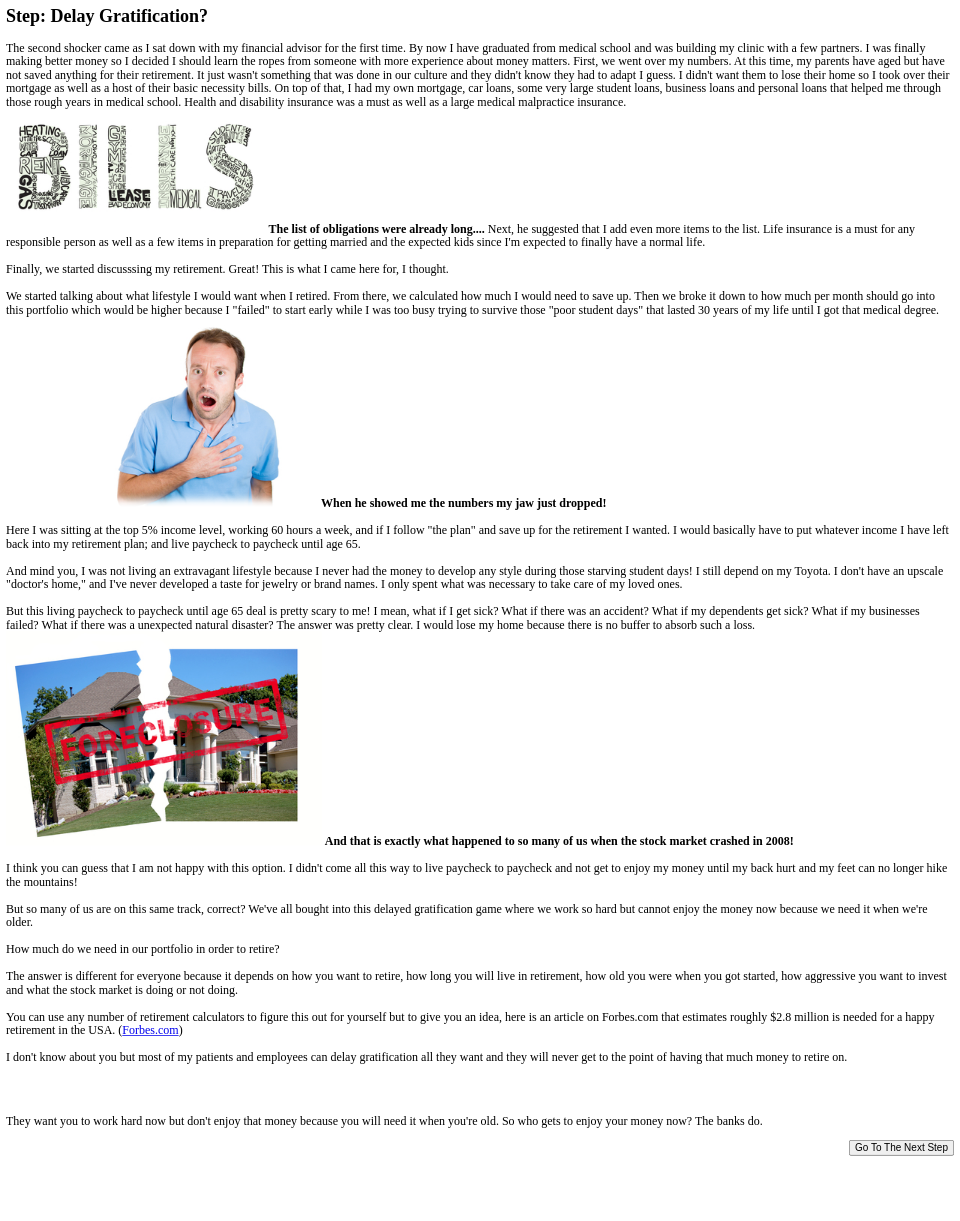
Repository: DevZubair/Danh-App
Page: www/templates/steps-delay.html
The author's editor kept a record of every edit. The page is drawn from the files as they stood at one moment, then again after the next edit.
The browser window is 1280 px wide. The pictures show the whole page, at 75% of full size.

Above is the page before.

After the next edit:
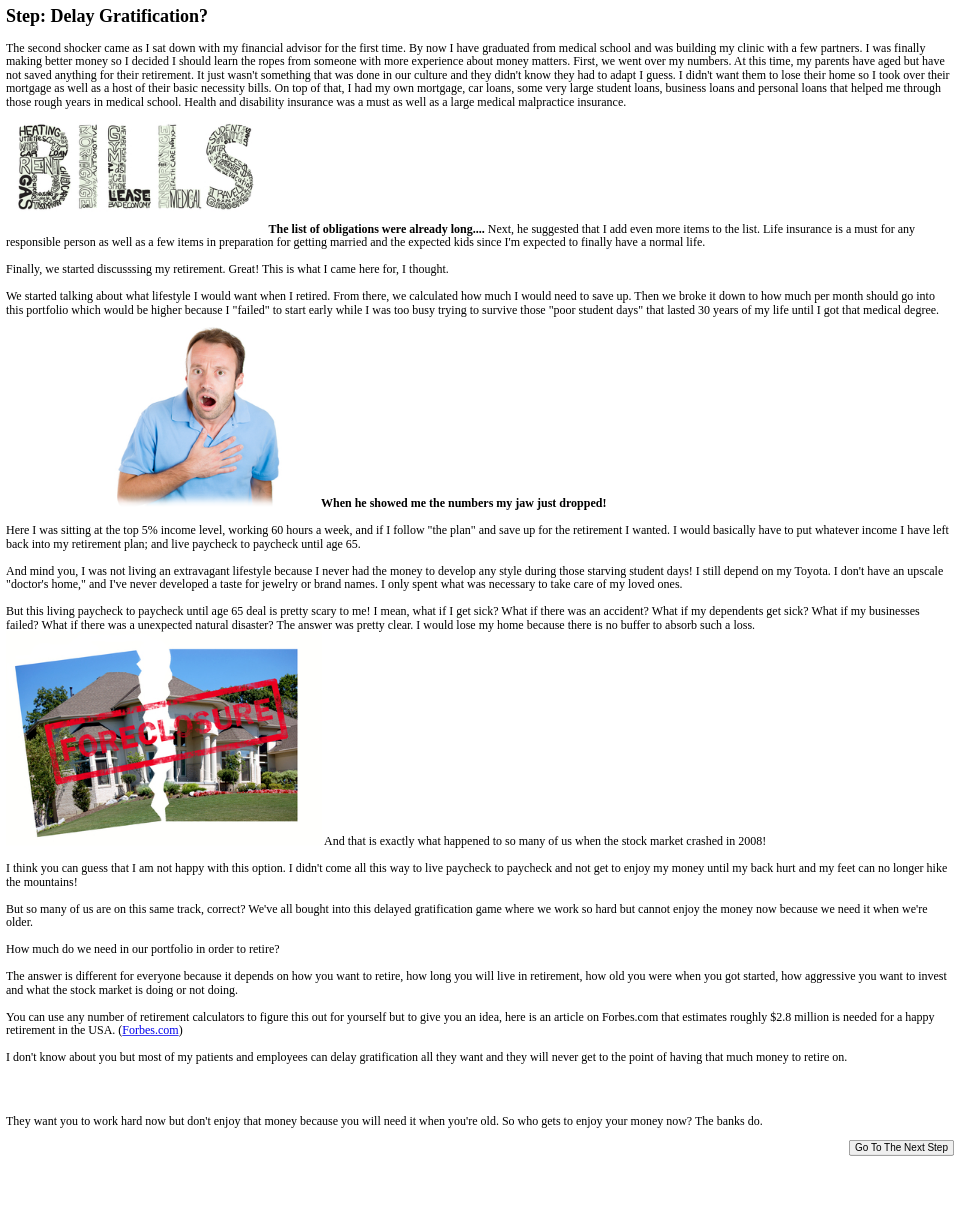
The edit:
--- a/www/templates/steps-delay.html
+++ b/www/templates/steps-delay.html
@@ -55,7 +55,7 @@
         <div class="row">
           <div class="col">
           <img src="img/foreclosure.png" class="images-left-50"></img>
-          <b>And that is exactly what happened to so many of us when the stock market crashed in 2008!</b><br><br>
+          <span class="subtitle">And that is exactly what happened to so many of us when the stock market crashed in 2008!</span><br><br>
 
           I think you can guess that I am not happy with this option.  I didn't come all this way to live paycheck to paycheck and not get to enjoy my money until my back hurt and my feet can no longer hike the mountains!<br><br>
 
